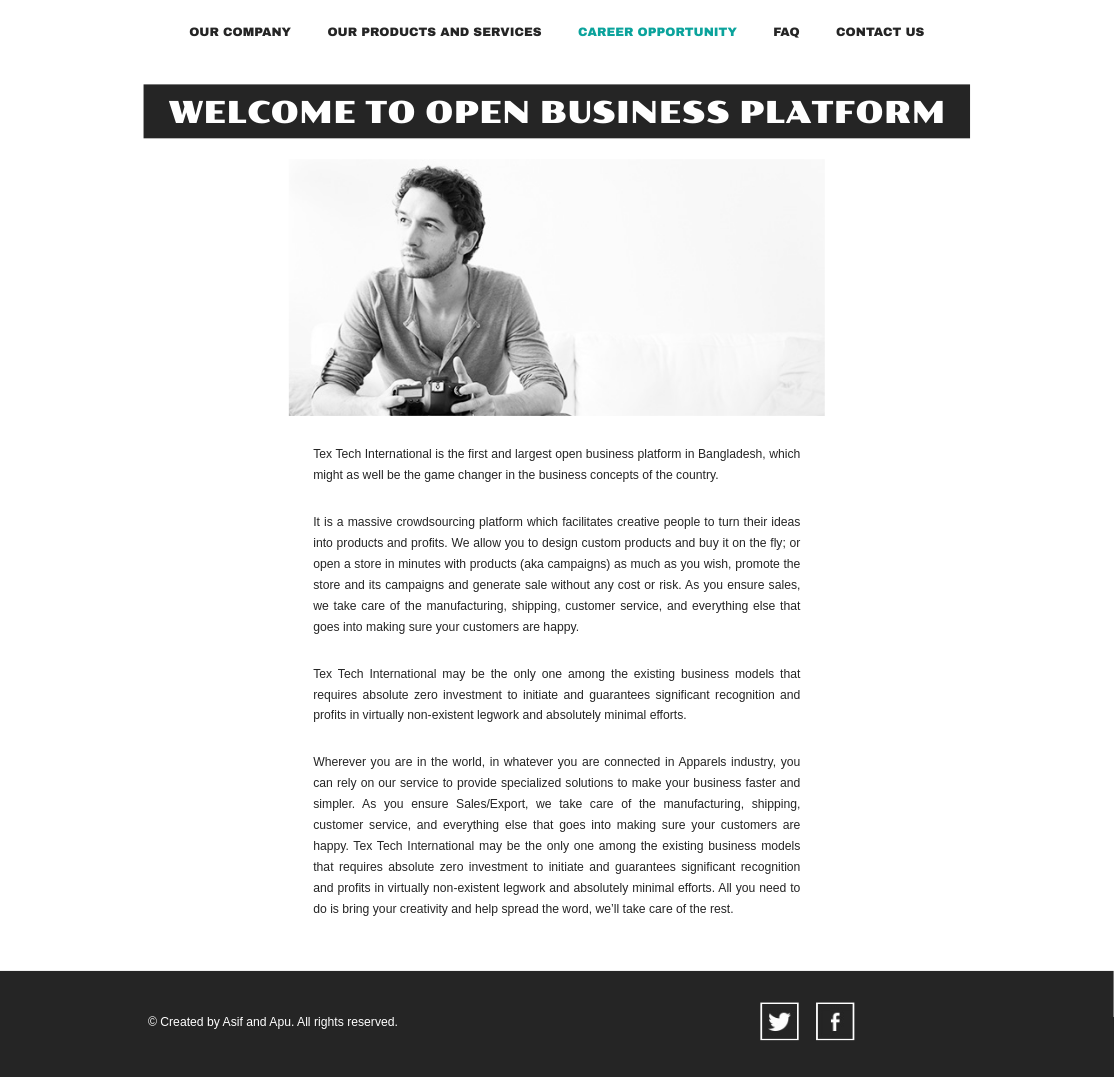
Repository: asifdotpy/textechint
Page: about.html
An editor plug-in stored every save of this project. The page is shown before and after a run of saves, followed by the edit.
The browser window is 1280 px wide. The pictures show the whole page, at 87% of full size.

Above is the page before, as saved 2021-02-24 00:49:39.

### about.html
<!doctype html>
<html>
<head>
	<meta charset="UTF-8">
	<meta name="viewport" content="width=device-width, initial-scale=1.0">
	<title>Career Opportunity - Tex Tech International</title>
	<link rel="stylesheet" type="text/css" href="css/style.css">
	<link rel="stylesheet" type="text/css" href="css/mobile.css" media="screen and (max-width : 568px)">
	<script type="text/javascript" src="js/mobile.js"></script>
</head>
<body>
	<div id="header">
		<ul id="navigation">
			<li>
				<a href="index.html">our company</a>
			</li>
			<li>
				<a href="gallery.html">Our Products and services
				</a>
			</li>
			<li class="selected">
				<a href="about.html">career opportunity</a>
			</li>
			<li>
				<a href="blog.html">faq</a>
			</li>
			<li>
				<a href="contact.html">contact us</a>
			</li>
		</ul>
	</div>
	<div id="body">
		<h1><span>Welcome to Open Business Platform</span></h1>
		<div>
			<img src="images/photographer.jpg" alt="">
			<div class="article">
				<!--<h3>Tex Tech International is the first and largest open business platform in Bangladesh</h3>-->
				<p>Tex Tech International is the first and largest open business platform in Bangladesh, which might as well be the game changer in the business concepts of the country. </p>
				<!--<h3>Our goal </h3>-->
				<p>It is a massive crowdsourcing platform which facilitates creative people to turn their ideas into products and profits. We allow you to design custom products and buy it on the fly; or open a store in minutes with products (aka campaigns) as much as you wish, promote the store and its campaigns and generate sale without any cost or risk. As you ensure sales, we take care of the manufacturing, shipping, customer service, and everything else that goes into making sure your customers are happy.</p>
				<!--<h3>Be Part of Our Community</h3>-->
				<p>Tex Tech International may be the only one among the existing business models that requires absolute zero investment to initiate and guarantees significant recognition and profits in virtually non-existent legwork and absolutely minimal efforts.</p>
				<!--<h3>Work area</h3>-->
				<p>
					Wherever you are in the world, in whatever you are connected in Apparels industry, you can rely on our service to provide specialized solutions to make your business faster and simpler. As you ensure Sales/Export, we take care of the manufacturing, shipping, customer service, and everything else that goes into making sure your customers are happy. Tex Tech International may be the only one among the existing business models that requires absolute zero investment to initiate and guarantees significant recognition and profits in virtually non-existent legwork and absolutely minimal efforts. All you need to do is bring your creativity and help spread the word, we’ll take care of the rest.

				</p>
			</div>
		</div>
	</div>
	<div id="footer">
		<div>
			<p>&copy; Created by Asif and Apu. All rights reserved.</p>
			<ul>
				<li>
					<a href="http://freewebsitetemplates.com/go/twitter/" id="linkedin">lindedin</a>
				</li>
				<li>
					<a href="https://www.facebook.com/textechint" target="_blank" id="facebook">facebook</a>
			</ul>
		</div>
	</div>
</body>
</html>

### css/style.css
@font-face {
	font-family: 'poller_oneregular';
	src: url('../fonts/pollerone/pollerone-webfont.eot');
	src: url('../fonts/pollerone/pollerone-webfont.eot?#iefix') format('embedded-opentype'),
		 url('../fonts/pollerone/pollerone-webfont.woff') format('woff'),
		 url('../fonts/pollerone/pollerone-webfont.ttf') format('truetype'),
		 url('../fonts/pollerone/pollerone-webfont.svg#poller_oneregular') format('svg');
}
@font-face {
	font-family: 'leckerli_oneregular';
	src: url('../fonts/leckerlione/leckerlione-regular-webfont.eot');
	src: url('../fonts/leckerlione/leckerlione-regular-webfont.eot?#iefix') format('embedded-opentype'),
		 url('../fonts/leckerlione/leckerlione-regular-webfont.woff') format('woff'),
		 url('../fonts/leckerlione/leckerlione-regular-webfont.ttf') format('truetype'),
		 url('../fonts/leckerlione/leckerlione-regular-webfont.svg#leckerli_oneregular') format('svg');
}

body {
	background: #fff;
	font-family: Arial, Helvetica, sans-serif;
	font-size: 14px;
	font-weight: normal;
	line-height: 1;
	margin: 0;
	min-width: 960px;
	padding: 0;
}
p {
	color: #252525;
	line-height: 24px;
	margin: 0;
	padding: 0;
}
p a {
	color: #252525;
	text-decoration: underline;
}
p a:hover {
	color: #898989;
}
#header {
	margin: 0 auto;
	padding: 4px 0 50px;
	text-align: center;
	width: 960px;
}
#header a.logo {
	display: block;
	margin: 0 auto;
	padding: 0;
	width: 340px;
}
#header a.logo img {
	border: 0;
	display: block;
	margin: 0;
	padding: 0;
}
#header ul {
	margin: 0;
	padding: 25px 0 0;
}
#header ul li {
	display: inline;
	list-style: none;
	margin: 0;
	padding: 0 19px;
}
#header ul li a {
	color: #252525;
	display: inline-block;
	font-family: "Arial Black", Gadget, sans-serif;
	font-size: 14px;
	font-weight: normal;
	margin: 0;
	padding: 0 0 3px;
	text-decoration: none;
	text-transform: uppercase;
}
#header ul li a:hover, #header ul li.selected a {
	color: #0ba39c;
}
#body {
	margin: 0;
	padding: 0 0 30px;
	text-align: center;
}
#body h1 {
	color: #fff;
	display: inline;
	font-family: poller_oneregular;
	font-size: 35px;
	font-weight: normal;
	margin: 0;
	padding: 0;
	text-transform: uppercase;
}
#body h1 span {
	background: #252525;
	display: inline-block;
	padding: 15px 28px 12px;
}
#body > div {
	margin: 0 auto;
	padding: 0;
	width: 960px;
}
#body > div img {
	border: 0 auto;
	margin: 24px 0 0;
	padding: 0;
}
#body > div .article {
	margin: 0 auto;
	padding: 30px 30px 0;
	width: 560px;
}
#body > div .article h2 {
	font-family: "Arial Black", Gadget, sans-serif;
	font-size: 25px;
	font-weight: normal;
	margin: 0 0 30px;
}
#body > div .article h3 {
	color: #252525;
	line-height: 24px;
	margin: 0;
	padding: 0;
}
#body > div .article h4 {
	background: #252525;
	color: #fff;
	display: inline-block;
	font-family: "Arial Black", Gadget, sans-serif;
	font-size: 25px;
	font-weight: normal;
	margin: 0 0 30px;
	padding: 8px 27px 10px;
}
#body > div .article p {
	margin: 0 0 30px;
	text-align: justify;
}
#body div div ul {
	margin: 0;
	padding: 24px 10px 0;
	width: 940px;
	list-style-type: none;
}
#body div div ul li {
	border: 2px solid #1a1a1a;
	display: block;
	list-style: none;
	margin: 0 0 13px;
	overflow: hidden;
	padding: 0;
}
#body div ul li .figure {
	border-right: 2px solid #1a1a1a;
	float: left;
	margin: 0;
	padding: 0;
	width: 376px;
}
#body div ul li img {
	border: 0;
	display: block;
	margin: 0;
	padding: 0;
	opacity: 0.8;
	transition: 0.5s ease-in-out;
}
#body div ul li .figure:hover img {
	opacity: 1;
}
#body div ul li div {
	float: left;
	margin: 0;
	padding: 63px 0 20px;
	width: 558px;
}
#body div ul li div h3 {
	color: #252525;
	font-family: "Arial Black", Gadget, sans-serif;
	font-size: 25px;
	font-weight: normal;
	margin: 0;
	padding: 0;
	text-transform: uppercase;
}
#body div ul li div p {
	padding: 30px 30px 18px;
}
#body div ul li div a.more {
	background: #000;
	color: #fff;
	display: inline-block;
	font-family: "Arial Black", Gadget, sans-serif;
	font-size: 18px;
	font-weight: normal;
	margin: 0;
	padding: 8px 28px;
	text-decoration: none;
	text-transform: uppercase;
}
#body div ul li div a.more:hover {
	color: #252525;
	background: #fff;
	border: 2px solid #252525;
}
#body #featured {
	margin: 0 0 13px;
	padding: 0;
	position: relative;
	width: 100%;
}
#body #featured img {
	border: 0;
	display: block;
	margin: 0;
	padding: 0;
	width: 100%;
	height: auto;
}
#body #featured div {
	left: 50%;
	margin-left: -480px;
	margin-top: -171px;
	padding: 0 0 0 470px;
	position: absolute;
	top: 50%;
	text-align: left;
	width: 490px;
}
#body #featured div h2 {
	background: #fff;
	color: #000;
	display: inline-block;
	font-family: poller_oneregular;
	font-size: 20px;
	font-weight: normal;
	margin: 0 0 18px;
	padding: 23px 27px 20px;
	text-transform: uppercase;
}
#body #featured div span {
	background: #252525;
	color: #fff;
	display: inline-block;
	font-size: 20px;
	margin: 7px 0;
	padding: 12px 27px;
}
#body #featured div a {
	background: #0ba39c;
	color: #fff;
	display: inline-block;
	font-size: 16px;
	margin: 15px 0 0;
	padding: 26px 27px 22px;
	text-align: center;
	text-decoration: none;
	text-transform: uppercase;
}
#body #featured div a:hover {
	background: #1fc3bc;
}
#body > ul {
	margin: 0 auto;
	overflow: hidden;
	padding: 24px 0 0;
	width: 960px;
}
#body > ul li {
	display: block;
	float: left;
	margin: 0 10px 20px;
	padding: 0;
	width: 300px;
}
#body > ul li a {
	color: #000;
	display: block;
	font-family: poller_oneregular;
	font-size: 20px;
	font-weight: normal;
	margin: 0;
	padding: 0;
	text-align: center;
	text-decoration: none;
	text-transform: uppercase;
}
#body > ul li a img {
	border: 2px solid #1a1a1a;
	display: block;
	margin: 0;
	padding: 0;
	opacity: .8;
	transition: 0.5s ease-in-out;
}
#body > ul li a:hover img {
	opacity: 1;
}
#body > ul li a span {
	display: block;
	margin: 0;
	padding: 33px 0 0;
}
#body form {
	margin: 0 auto;
	padding: 24px 0 0;
	width: 620px;
}
#body form input, #body form textarea {
	border: 2px solid #252525;
	color: #252525;
	font-family: Arial, Helvetica, sans-serif;
	font-size: 15px;
	font-weight: normal;
	margin: 0 0 37px;
	padding: 20px 10px;
	text-align: center;
	text-transform: uppercase;
	width: 596px;
}
#body form textarea {
	height: 175px;
	overflow: auto;
	resize: none;
}
#body form #send {
	background: #252525;
	color: #fff;
	font-family: "Arial Black", Gadget, sans-serif;
	font-size: 15px;
	font-weight: normal;
	display: inline-block;
	padding: 20px 28px;
	width: auto;
}
#body form #send:hover {
	background: #fff;
	color: #252525;
	cursor: pointer;
}
#footer {
	background: #252525;
	margin: 0;
	padding: 36px 0 42px;
}
#footer div {
	margin: 0 auto;
	overflow: hidden;
	padding: 0;
	width: 960px;
}
#footer div p {
	color: #fff;
	float: left;
	line-height: 44px;
	margin: 0 0 0 10px;
	padding: 0;
}
#footer div ul {
	display: block;
	float: right;
	margin: 0;
	overflow: hidden;
	padding: 0;
	width: 256px;
}
#footer div ul li {
	display: block;
	float: left;
	list-style: none;
	margin: 0 10px;
	padding: 0;
	width: 44px;
}
#footer div ul li a {
	background: url(../images/icons.jpg) no-repeat 0 0;
	display: block;
	height: 44px;
	margin: 0;
	padding: 0;
	text-indent: -99999px;
	width: 44px;
}
#footer div ul li #linkedin {
	background-position: 0 0;
}
#footer div ul li #linkedin:hover {
	background-position: -44px 0;
}
#footer div ul li #facebook {
	background-position: 0 -44px;
}
#footer div ul li #facebook:hover {
	background-position: -44px -44px;
}

div .intro h1 {
	margin: 0px 50px;
	padding: 0px 50px;
	background-color: #0ba39c;
	text-decoration: #1a1a1a;
}

div .intro p {
	margin: 10px;
	padding: 10px;
	font-size: 16px;
}

div .main {
	font-size: 15px;
}



.post-container {
    margin: 20px 20px 0 0;
    border: 5px solid #333;
    overflow: auto
}
.post-thumb {
    float: left;
}
.post-thumb img {
    display: block;
}
.post-content {
    margin-left: 210px
}
.post-title {
    font-weight: bold;
    font-size: 200%
}

div .main {
	text-align: justify;
}

div .article

### js/mobile.js
window.onload = function(){
	var getNavi = document.getElementById('navigation');

	var mobile = document.createElement("span");
	mobile.setAttribute("id","mobile-navigation");
	getNavi.parentNode.insertBefore(mobile,getNavi);

	document.getElementById('mobile-navigation').onclick = function(){
		var a = getNavi.getAttribute('style');
		if(a){
			getNavi.removeAttribute('style');
			document.getElementById('mobile-navigation').style.backgroundImage='url(images/mobile-menu.png)';
		} else {
			getNavi.style.display='block';
			document.getElementById('mobile-navigation').style.backgroundImage='url(images/mobile-close.png)';
		}
	};
	var getElm = getNavi.getElementsByTagName("LI");
	for(var i=0;i<getElm.length;i++){
		if(getElm[i].children.length>1){
			var smenu = document.createElement("span");
			smenu.setAttribute("class","mobile-submenu");
			smenu.setAttribute("OnClick","submenu("+i+")");
			getElm[i].appendChild(smenu);
		};
	};
	submenu = function (i){
		var sub = getElm[i].children[1];
		var b = sub.getAttribute('style');
		if(b){
			sub.removeAttribute('style');
			getElm[i].lastChild.style.backgroundImage='url(images/mobile-expand.png)';
			getElm[i].lastChild.style.backgroundColor='rgba(11, 163, 156, 0.7)';
		} else {
			sub.style.display='block';
			getElm[i].lastChild.style.backgroundImage='url(images/mobile-collapse.png)';
			getElm[i].lastChild.style.backgroundColor='rgba(0,0,0,0.8)';
		}
	};
};

### css/mobile.css
body {
	min-width: 0;
}
#header {
	padding: 20px 0;
	position: relative;
	width: 100%;
}
#header a.logo {
	width: 80%;
}
#header a.logo img {
	width: 100%;
}
#mobile-navigation {
	background: url(../images/mobile-menu.png) no-repeat 0 0;
	display: block;
	height: 50px;
	margin: 30px auto 0;
	padding: 0;
	width: 50px;
}
#header ul {
	border: 1px solid #fff;
	display: none;
	left: 50%;
	margin-left: -45%;
	padding: 0;
	position: absolute;
	width: 90%;
	z-index: 1001;
}
#header ul li {
	border-top: 1px solid #fff;
	display: block;
	margin: 0;
	padding: 0;
	position: relative;
}
#header > ul > li:first-child {
	border: 0;
}
#header ul li a {
	background: rgba(11, 163, 156, 0.9);
	color: #fff;
	display: block;
	font-family: Arial, Helvetica, sans-serif;
	font-size: 16px;
	font-weight: normal;
	height: 49px;
	line-height: 49px;
	padding: 0 15px;
	text-align: left;
}
#header ul li a:hover, #header ul li.selected a {
	background: rgba(0, 0, 0, 0.9);
	color: #fff;
}
#header ul ul {
	display: none;
	border: 0;
	height: auto;
	left: 0;
	margin: 0;
	position: relative;
	width: 100%;
}
#header ul ul li a {
	text-indent: 15px;
}
#header ul li span {
	background: rgba(11, 163, 156, 0.9) url(../images/mobile-expand.png) no-repeat 0 0;
	border-left: 1px solid #fff;
	display: block;
	height: 49px;
	position: absolute;
	right: 0;
	top: 0;
	width: 50px;
}
#body {
	width: 100%;
}
#body h1 {
	display: block;
	font-size: 20px;
	margin: 0 auto;
	width: 90%;
}
#body h1 span {
	display: block;
	padding: 3%;
	width: 94%;
}
#body > div {
	padding: 0 5%;
	width: 90%;
}
#body > div img {
	margin: 24px 0 30px;
	width: 98%
}
#body > div .article {
	padding: 0;
	width: 100%;
}
#body > div .article h2, #body > div .article h4 {
	font-size: 18px;
	font-weight: bold;
}
#body #featured {
	overflow: hidden;
	margin: 0 0 20px
}
#body #featured img {
	min-width: 960px;
}
#body #featured div {
	left: 0;
	margin: 0;
	padding: 0 2%;
	position: absolute;
	top: 0;
	text-align: left;
	width: 96%;
}
#body #featured div h2 {
	font-size: 14px;
	font-weight: normal;
	margin: 50px 0 10px;
	padding: 8px 5px;
}
#body #featured div span {
	display: block;
	font-size: 14px;
	margin: 10px 0;
	padding: 10px;
}
#body #featured div a {
	font-size: 14px;
	margin: 5px 0 0;
	padding: 10px;
}
#body > ul {
	overflow: visible;
	padding: 0 5%;
	width: 90%;
}
#body ul.gallery {
	padding: 5% 0;
	overflow: hidden;
	width: 100%;
}
#body > ul li {
	float: none;
	margin: 0;
	width: 100%;
}
#body ul.gallery li {
	float: left;
	margin: 0 0 5% 5%;
	width: 42%;
}
#body > ul li a img {
	width: 98%;
}
#body > ul li a span {
	padding: 15px 0;
}
#body div ul {
	margin: 0;
	padding: 20px 0 0;
	width: 100%;
}
#body div ul li {
	overflow: visible;
	padding: 0 0 20px;
	width: 99%;
}
#body div ul li .figure {
	border: 0;
	display: block;
	float: none;
	margin: 0 0 20px;
	width: 100%;
}
#body div ul li .figure img {
	width: 100%;
}
#body div ul li div {
	float: none;
	padding: 0;
	width: 100%;
}
#body div ul li div a.more:hover {
	height: 14px;
	line-height: 14px;
}
#body form {
	width: 100%;
}
#body form input, #body form textarea {
	margin: 0 0 20px;
	padding: 10px;
	width: 84%;
}
#body form #send {
	padding: 10px;
}
#footer {
	padding: 10px 0 25px;
}
#footer div {
	overflow: visible;
	width: 100%;
}
#footer div p {
	float: none;
	margin: 0;
	text-align: center;
}
#footer div ul {
	float: none;
	margin: 0 auto;
	width: 256px;
}

After the next 2 saves:
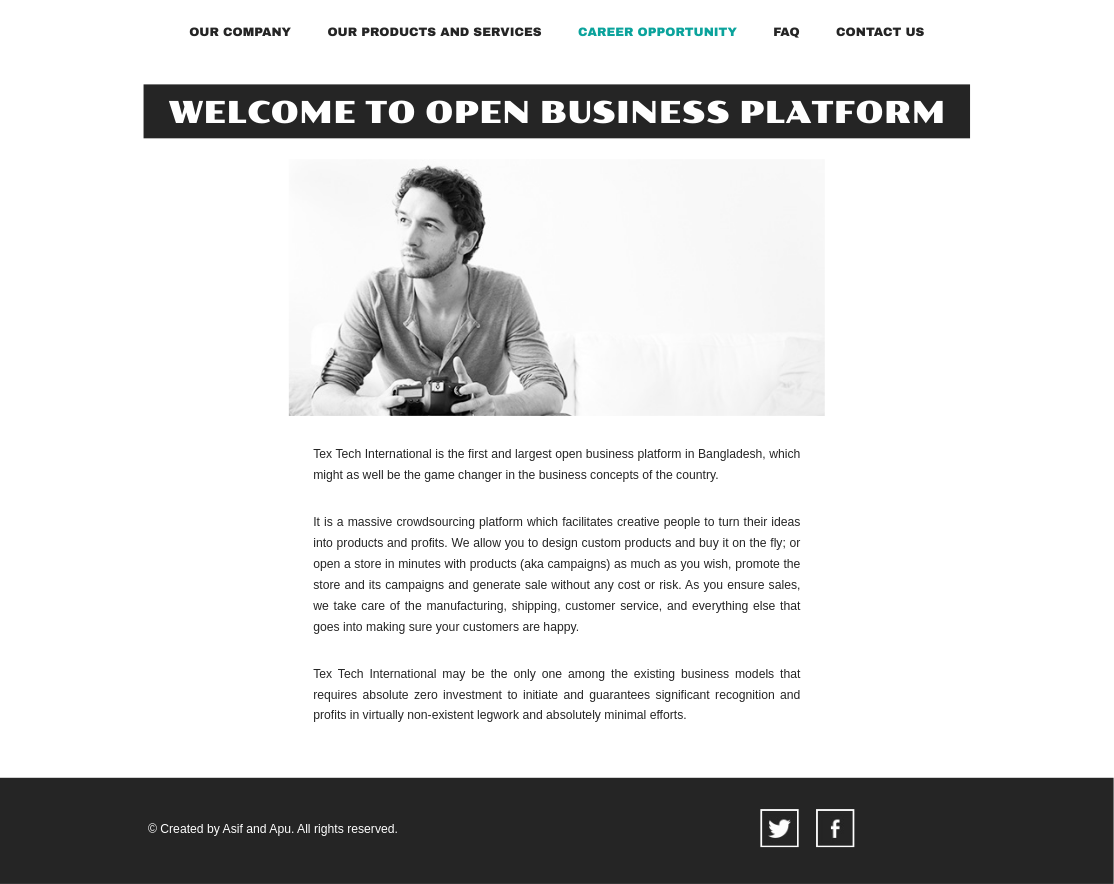
The 2 saves are shown as one change because they came seconds apart.
The last was saved 9 s later.
--- a/about.html
+++ b/about.html
@@ -41,10 +41,7 @@
 				<!--<h3>Be Part of Our Community</h3>-->
 				<p>Tex Tech International may be the only one among the existing business models that requires absolute zero investment to initiate and guarantees significant recognition and profits in virtually non-existent legwork and absolutely minimal efforts.</p>
 				<!--<h3>Work area</h3>-->
-				<p>
-					Wherever you are in the world, in whatever you are connected in Apparels industry, you can rely on our service to provide specialized solutions to make your business faster and simpler. As you ensure Sales/Export, we take care of the manufacturing, shipping, customer service, and everything else that goes into making sure your customers are happy. Tex Tech International may be the only one among the existing business models that requires absolute zero investment to initiate and guarantees significant recognition and profits in virtually non-existent legwork and absolutely minimal efforts. All you need to do is bring your creativity and help spread the word, we’ll take care of the rest.
-
-				</p>
+				<p></p>
 			</div>
 		</div>
 	</div>
